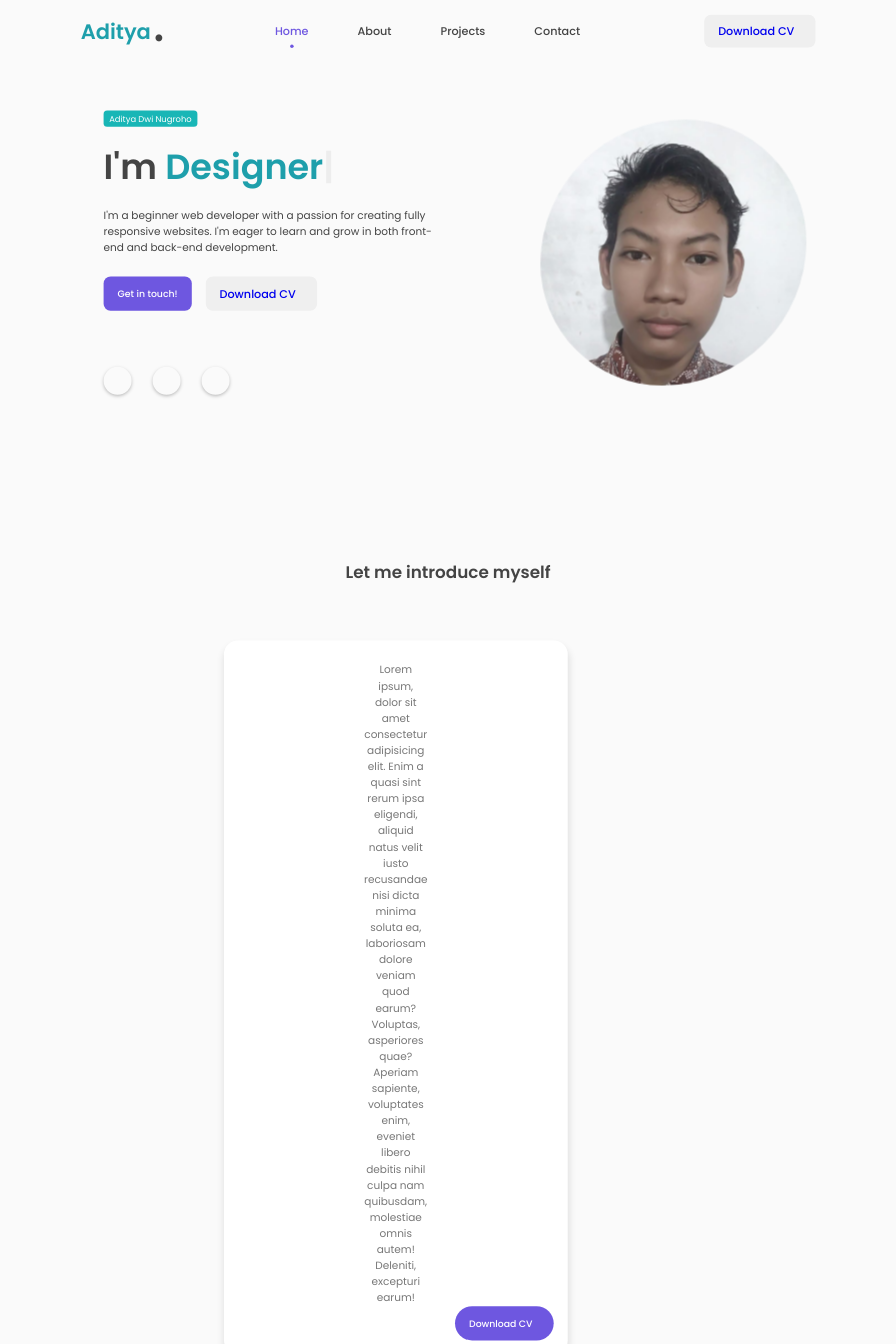
Repository: 4Kbrain/Portofolio
Page: index.html
The author's editor kept a copy of each file at every save. The page is drawn from the files as they stood at one save, then again after a run of saves.
The browser window is 1280 px wide. The pictures show the part of the page from y = 0 to 1920 px (the page is 3783 px tall before and 3116 px after), at 70% of full size.
Some icons come from a web library that is not loaded, so they are not drawn.

Above is the page before, as saved 2024-05-15 19:14:32.
Console error: ReferenceError: ScrollReveal is not defined

After the next 2 saves:
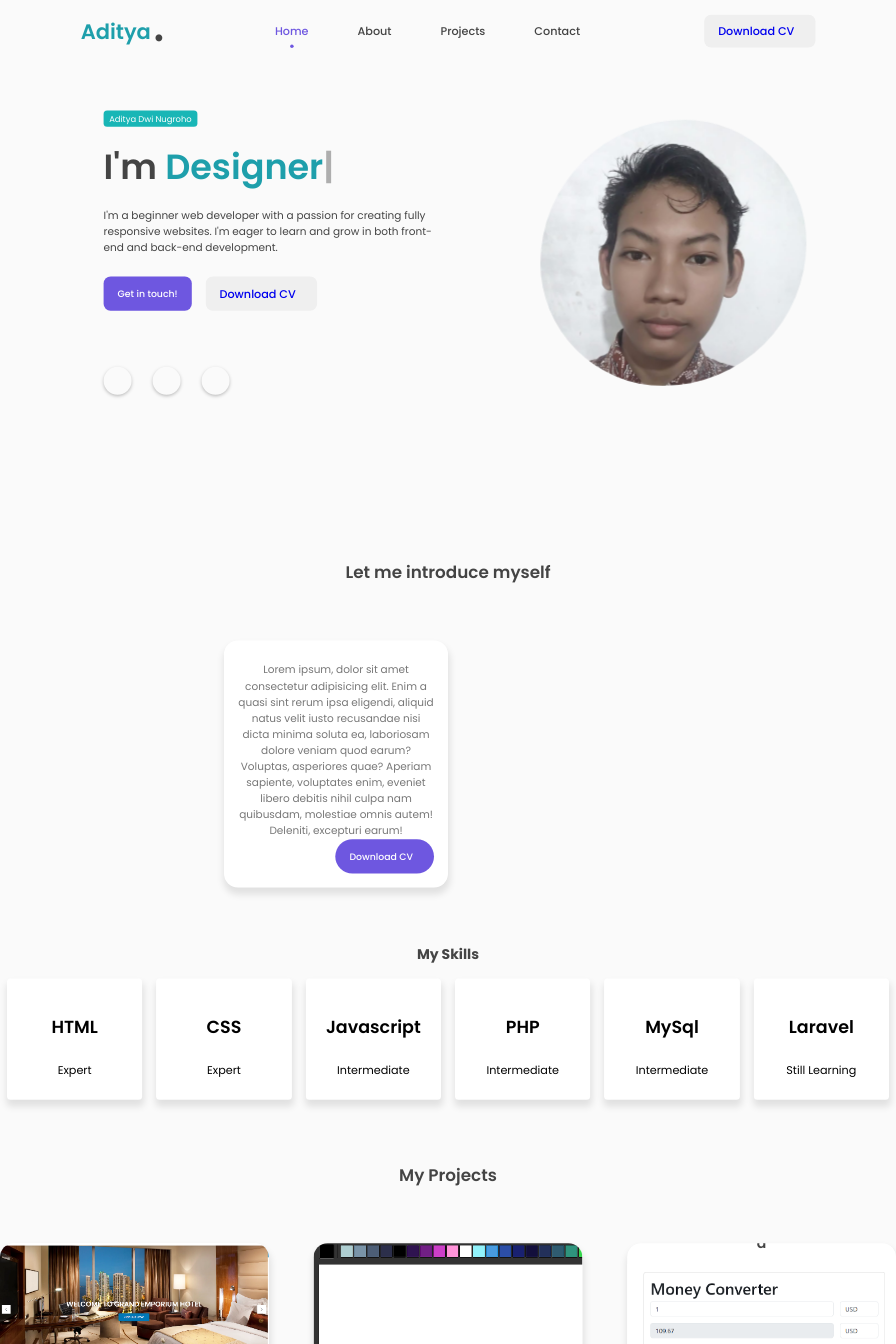
The 2 saves are shown as one change because they came seconds apart.
The last was saved 7 s later.
--- a/assets/css/style.css
+++ b/assets/css/style.css
@@ -311,7 +311,7 @@ h3{
     margin-left: 50%;
     flex-direction: column;
     padding-block: 30px 70px;
-    padding-inline: 200px;
+    padding-inline: 20px;
     width: 100%;
     background: var(--color-white);
     box-shadow: 1px 8px 10px 2px var(--first-shadow-color);
